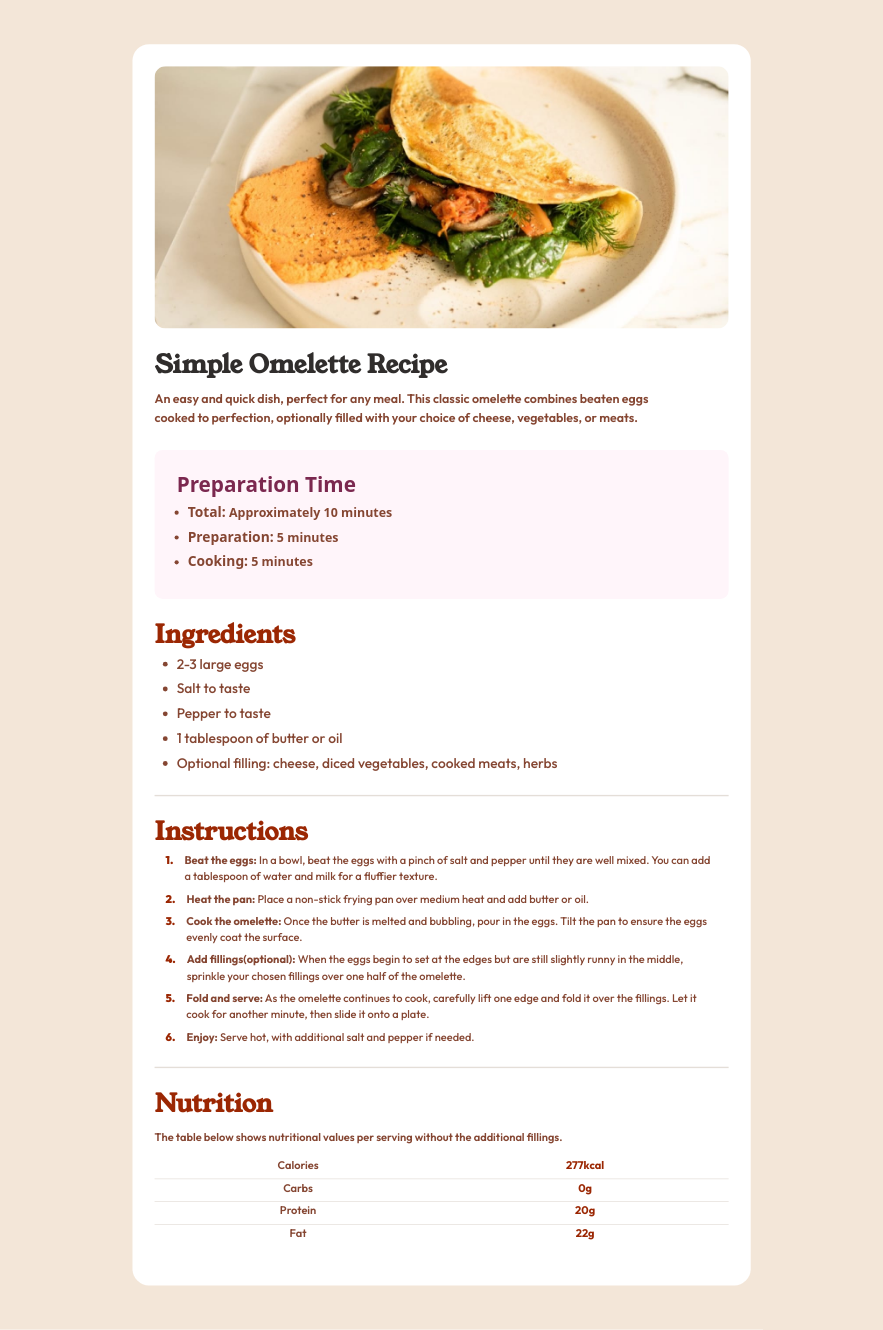
Repository: nivrii/recipe-page-main
Page: /
The author's editor kept a copy of each file at every save. The page is drawn from the files as they stood at one save, then again after the next save.
The browser window is 1280 px wide. The pictures show the whole page, at 69% of full size.
The project was rebuilt for these pictures with package versions that can differ from the ones it lists, and the page was loaded fresh each time. Also part of the build but not shown: vite.config.js, src/index.css.

Above is the page before, as saved 2024-03-27 12:48:48.

After the next save:
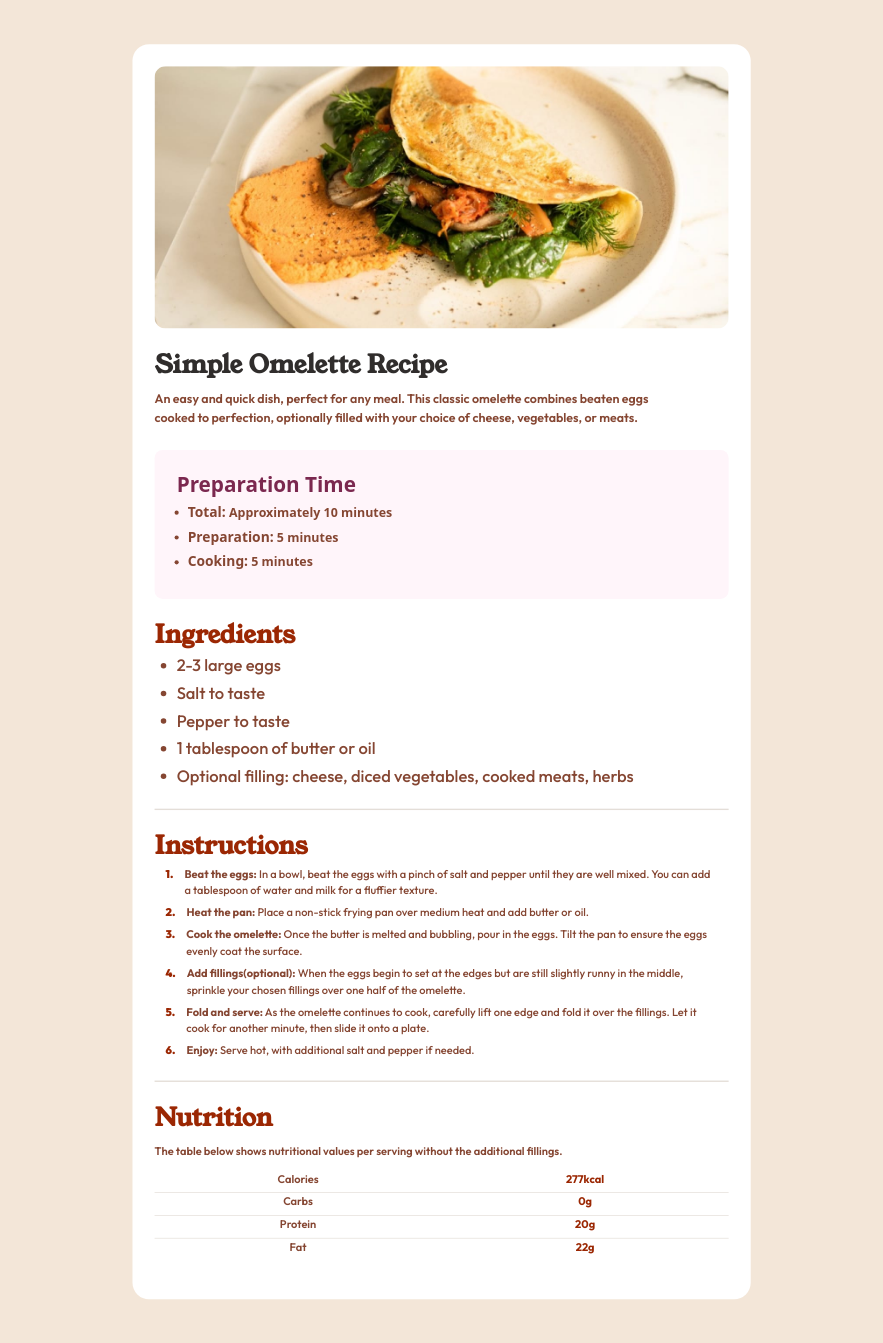
Saved 12 s later.
--- a/src/Ingredients.jsx
+++ b/src/Ingredients.jsx
@@ -4,7 +4,7 @@
       <h1 className="text-left text-nutmegLight text-3xl font-bold font-young mt-8 md:text-4xl lg:text-5xl">
         Ingredients
       </h1>
-      <ul className="list-disc px-4 font-outfit mt-2 mb-8 mx-4 text-nutmeg font-medium space-y-2 md:text-xl">
+      <ul className="list-disc px-4 font-outfit mt-2 mb-8 mx-4 text-nutmeg font-medium space-y-2 md:text-2xl">
         <li>2-3 large eggs</li>
         <li>Salt to taste</li>
         <li>Pepper to taste</li>

After the save that followed:
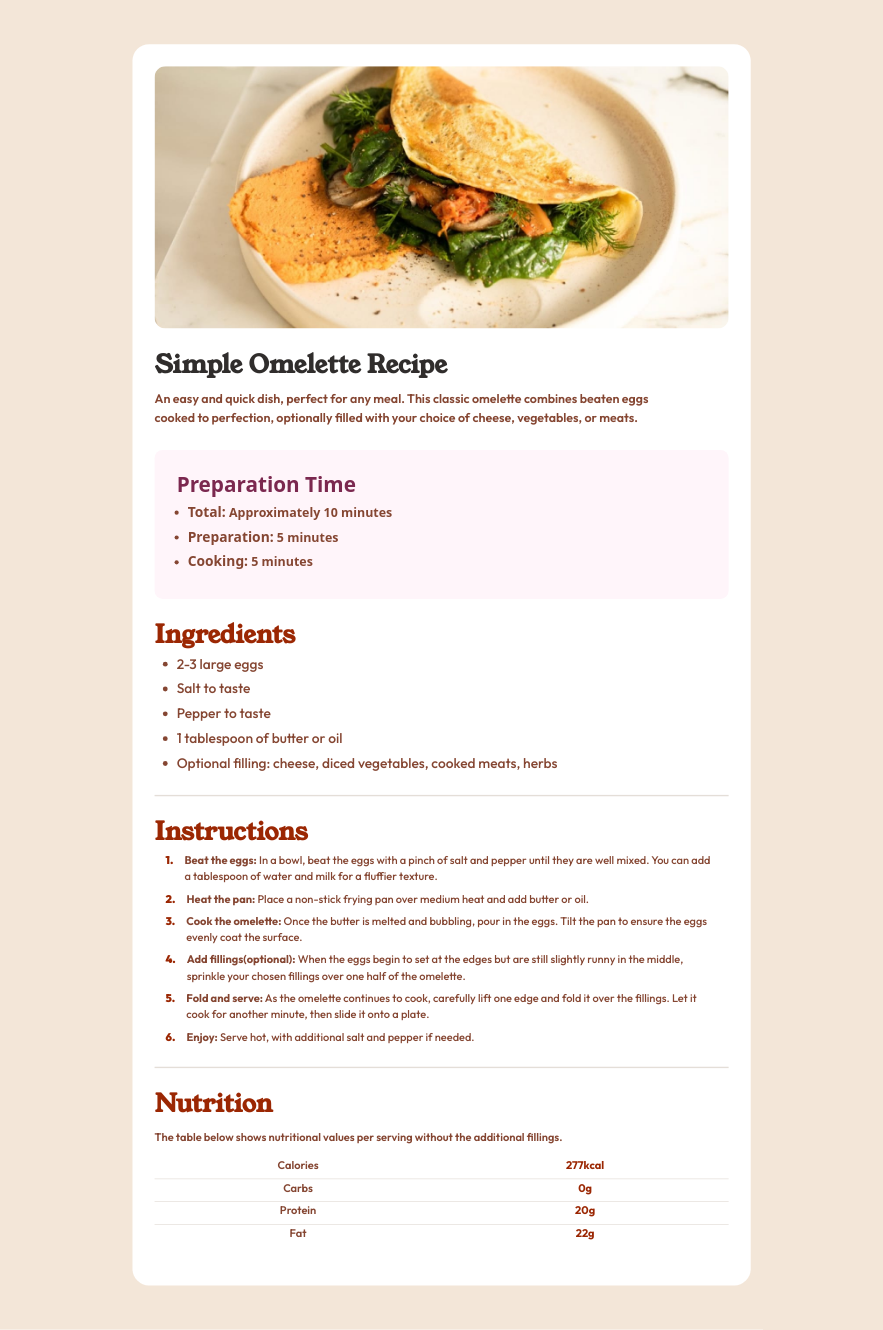
Saved 18 s later.
--- a/src/Ingredients.jsx
+++ b/src/Ingredients.jsx
@@ -4,7 +4,7 @@
       <h1 className="text-left text-nutmegLight text-3xl font-bold font-young mt-8 md:text-4xl lg:text-5xl">
         Ingredients
       </h1>
-      <ul className="list-disc px-4 font-outfit mt-2 mb-8 mx-4 text-nutmeg font-medium space-y-2 md:text-2xl">
+      <ul className="list-disc px-4 font-outfit mt-2 mb-8 mx-4 text-nutmeg font-medium space-y-2 md:text-xl">
         <li>2-3 large eggs</li>
         <li>Salt to taste</li>
         <li>Pepper to taste</li>
